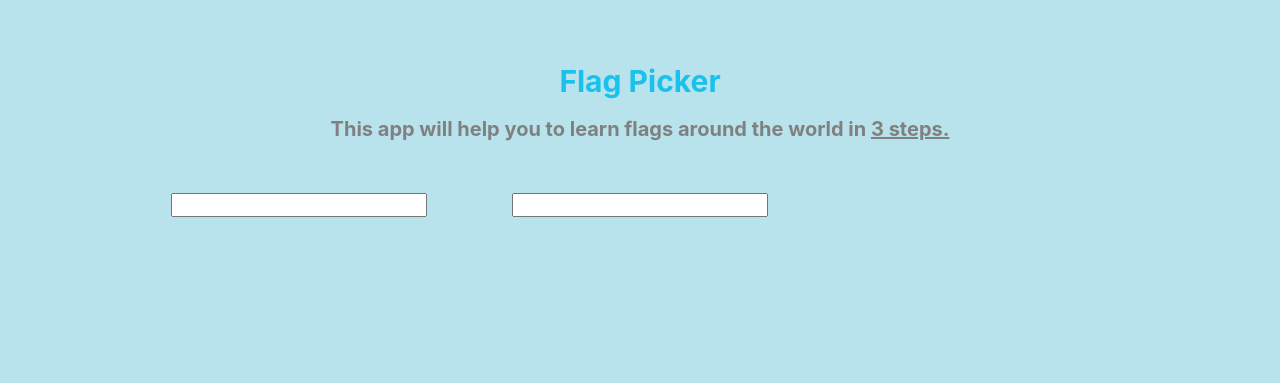
Repository: paras-shah/flag-app
Page: /
These files come from the project's save history. The page is drawn as it stood at one moment and after a run of saves; the edit follows.
The browser window is 1280 px wide. The pictures show the whole page.
The project was rebuilt for these pictures with package versions that can differ from the ones it lists, and the page was loaded fresh each time.

Above is the page before, as saved 2020-02-11 21:52:55.

### public/index.html
<!DOCTYPE html>
<html lang="en">
  <head>
    <meta charset="utf-8" />
    <link rel="icon" href="%PUBLIC_URL%/favicon.ico" />
    <meta name="viewport" content="width=device-width, initial-scale=1" />
    <meta name="theme-color" content="#000000" />
    <meta
      name="description"
      content="Web site created using create-react-app"
    />
    <link rel="apple-touch-icon" href="%PUBLIC_URL%/logo192.png" />
    <link href="https://fonts.googleapis.com/css?family=Roboto&display=swap" rel="stylesheet">
    <!--
      manifest.json provides metadata used when your web app is installed on a
      user's mobile device or desktop. See https://developers.google.com/web/fundamentals/web-app-manifest/
    -->
    <link rel="manifest" href="%PUBLIC_URL%/manifest.json" />
    <!--
      Notice the use of %PUBLIC_URL% in the tags above.
      It will be replaced with the URL of the `public` folder during the build.
      Only files inside the `public` folder can be referenced from the HTML.

      Unlike "/favicon.ico" or "favicon.ico", "%PUBLIC_URL%/favicon.ico" will
      work correctly both with client-side routing and a non-root public URL.
      Learn how to configure a non-root public URL by running `npm run build`.
    -->
    <title>Flag App</title>
  </head>
  <body>
    <noscript>You need to enable JavaScript to run this app.</noscript>
    <div id="root"></div>
    <!--
      This HTML file is a template.
      If you open it directly in the browser, you will see an empty page.

      You can add webfonts, meta tags, or analytics to this file.
      The build step will place the bundled scripts into the <body> tag.

      To begin the development, run `npm start` or `yarn start`.
      To create a production bundle, use `npm run build` or `yarn build`.
    -->
  </body>
</html>

### src/index.js
import React from 'react';
import ReactDOM from 'react-dom';

import './style/normalize.css';
import './style/index.css';

import App from './App';

ReactDOM.render(<App />, document.getElementById('root'));

### src/style/index.css
body {
	margin: 0;
	font-family: -apple-system, BlinkMacSystemFont, "Segoe UI", "Roboto",
		"Oxygen", "Ubuntu", "Cantarell", "Fira Sans", "Droid Sans",
		"Helvetica Neue", sans-serif;
	-webkit-font-smoothing: antialiased;
	-moz-osx-font-smoothing: grayscale;
	background-color: rgb(184, 226, 236);
}

.app-main {
	margin: 1% auto;
	padding: 10px;
	text-align: center;
	width: 80%;
}

header {
	margin: 4% auto;
}

.mainText {
	font-size: 30px;
}

h1.mainText {
	color: rgb(25, 194, 236);
}

.subText {
	font-size: 20px;
	color: grey;
}

h2 span {
	text-decoration: underline;
}

/* content */
.app-content {
	display: flex;
	flex-direction: row;
	justify-content: flex-start;
}

.app-content .column {
  width: 33.3%;
  padding: 1%;
}

### src/App.js
import React from 'react';

// Components
import Search from "./components/Search";

// Config
import COPY from "./config/copy";
import data from "./config/continents.json";


class App extends React.Component {
  constructor(props) {
    super(props);

    this.state = {
      flagData: null,
      selectedContinent: null,
      selectedCountry: [],
    }
  }

  componentDidMount() {
    this.setState({ flagData: data });
  }


  render() {
    return (
      <main className="app-main">
        <header className="app-header">
          <h1 className="mainText">{COPY.HEADER_TEXT}</h1>
          <h2 className="subText">{COPY.HEADER_SUBTEXT} <span> {COPY.HEADER_SUBTEXT_TWO} </span></h2>
        </header>

        <div className="app-content">
          {/* Continent */}
          <section className="column">
            <Search />
          </section>

          {/* Country */}
          <section className="column">
            <Search />
          </section>

          {/* Flag Column */}
          <section className="column">

          </section>

        </div>
      </main>
    );
  }
}

export default App;

### src/components/Search.js
import React from "react";

class Search extends React.Component {
    constructor(props) {
        super(props);

        this.state = {
            textValue: '',
            allValues: props.possibleValues,
            possibleValuesBasedOnText: props.possibleValues,
            type: props.type,
            selectedValue: props.selectType === "Multi"? []: ''
        }

        this.onTextChange = this.onTextChange.bind(this);
    }

    onTextChange = (event) => {
        this.setState({ value: event.target.value });
    }


    render() {
        return <input type="text" value={this.state.value}
        onChange={this.onTextChange} />
    }
}

export default Search;

### src/config/copy.js
export default {
    HEADER_TEXT : "Flag Picker",
    HEADER_SUBTEXT : "This app will help you to learn flags around the world in",
    HEADER_SUBTEXT_TWO : "3 steps.",

    COLUMN_ONE_HEADING:"Step 1",
    COLUMN_ONE_SUBTEXT:"Select a continent.",

    COLUMN_TWO_HEADING:"Step 2",
    COLUMN_TWO__SUBTEXT:"Now, select a country.",

    COLUMN_THREE_HEADING:"Step 3",
    COLUMN_THREE_SUBTEXT:"Flags.",

    SELECTED:"You selected",



};

### src/config/continents.json
[
	{
		"continent": "Africa",
		"countries": [
			{
				"name": "Nigeria",
				"flag": "🇳🇬"
			},
			{
				"name": "Ethiopia",
				"flag": "🇪🇹"
			},
			{
				"name": "Egypt",
				"flag": "🇪🇬"
			},
			{
				"name": "DR Congo",
				"flag": "🇨🇩"
			},
			{
				"name": "South Africa",
				"flag": "🇿🇦"
			}
		]
	},
	{
		"continent": "America",
		"countries": [
			{
				"name": "USA",
				"flag": "🇺🇸"
			},
			{
				"name": "Brazil",
				"flag": "🇧🇷"
			},
			{
				"name": "Mexico",
				"flag": "🇲🇽"
			},
			{
				"name": "Colombia",
				"flag": "🇨🇴"
			},
			{
				"name": "Argentina",
				"flag": "🇦🇷"
			}
		]
	},
	{
		"continent": "Asia",
		"countries": [
			{
				"name": "China",
				"flag": "🇨🇳"
			},
			{
				"name": "India",
				"flag": "🇮🇳"
			},
			{
				"name": "Indonesia",
				"flag": "🇮🇩"
			},
			{
				"name": "Pakistan",
				"flag": "🇵🇰"
			},
			{
				"name": "Bangladesh",
				"flag": "🇧🇩"
			}
		]
	},
	{
		"continent": "Europe",
		"countries": [
			{
				"name": "Russia",
				"flag": "🇷🇺"
			},
			{
				"name": "Germany",
				"flag": "🇩🇪"
			},
			{
				"name": "UK",
				"flag": "🇬🇧"
			},
			{
				"name": "France",
				"flag": "🇫🇷"
			},
			{
				"name": "Italy",
				"flag": "🇮🇹"
			}
		]
	},
	{
		"continent": "Oceania",
		"countries": [
			{
				"name": "Australia",
				"flag": "🇦🇺"
			},
			{
				"name": "Papua New Guinea",
				"flag": "🇵🇬"
			},
			{
				"name": "New Zealand",
				"flag": "🇳🇿"
			},
			{
				"name": "Fiji",
				"flag": "🇫🇯"
			},
			{
				"name": "Solomon Islands",
				"flag": "🇸🇧"
			}
		]
	}
]

Loaded but not shown: src/style/normalize.css (library)

After the next 6 saves:
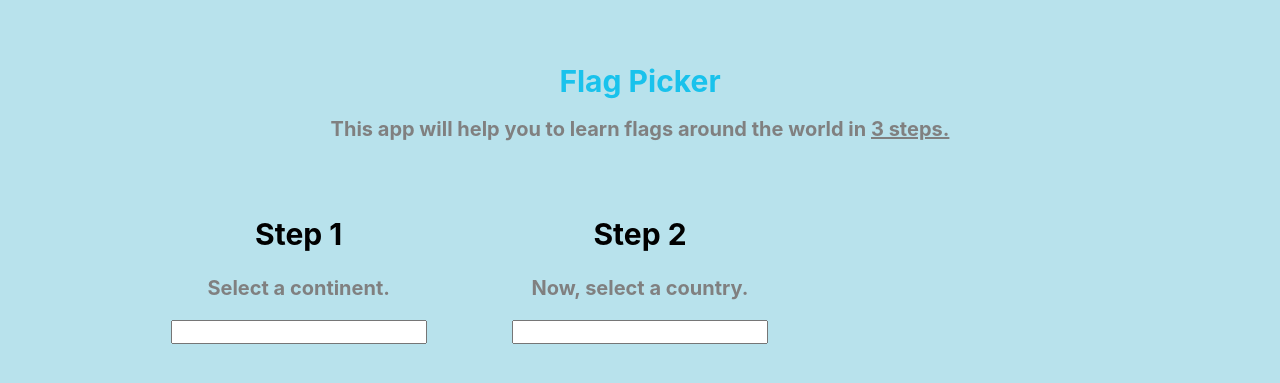
The 6 saves are shown as one change because 3 did not build or start and some came seconds apart.
The last was saved 58 s later.
--- a/src/App.js
+++ b/src/App.js
@@ -35,11 +35,17 @@ class App extends React.Component {
         <div className="app-content">
           {/* Continent */}
           <section className="column">
+            <h2 className="mainText">{COPY.COLUMN_ONE_HEADING}</h2>
+            <h3 className="subText">{COPY.COLUMN_ONE_SUBTEXT} </h3>
+
             <Search />
           </section>
 
           {/* Country */}
           <section className="column">
+            <h2 className="mainText">{COPY.COLUMN_TWO_HEADING}</h2>
+            <h3 className="subText">{COPY.COLUMN_TWO_SUBTEXT} </h3>
+
             <Search />
           </section>
 
--- a/src/config/copy.js
+++ b/src/config/copy.js
@@ -7,7 +7,7 @@ export default {
     COLUMN_ONE_SUBTEXT:"Select a continent.",
 
     COLUMN_TWO_HEADING:"Step 2",
-    COLUMN_TWO__SUBTEXT:"Now, select a country.",
+    COLUMN_TWO_SUBTEXT:"Now, select a country.",
 
     COLUMN_THREE_HEADING:"Step 3",
     COLUMN_THREE_SUBTEXT:"Flags.",
